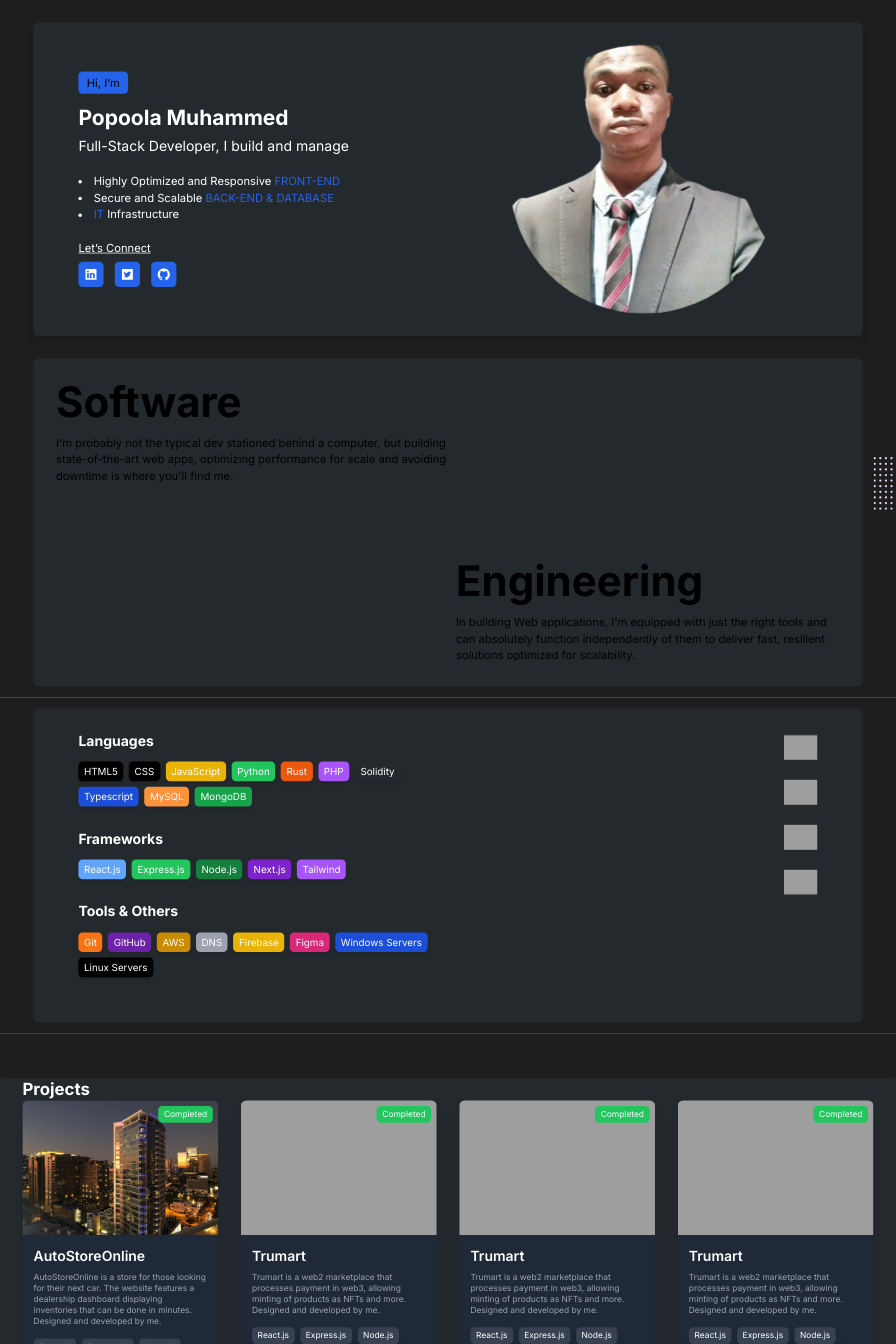
Repository: muhammedctgr/hammedctgr
Page: /
An editor plug-in stored every save of this project. The page is shown before and after the next save, followed by the edit.
The browser window is 1280 px wide. The pictures show the part of the page from y = 0 to 1920 px (the page is 2548 px tall before and 2612 px after), at 70% of full size.
Pictures or frames that could not be fetched are drawn as grey boxes. The project was rebuilt for these pictures with package versions that can differ from the ones it lists, and the page was loaded fresh each time. The framework's server and built-in components were replaced by stand-ins that run in the browser. Also part of the build but not shown: next.config.mjs.

Above is the page before, as saved 2024-08-06 11:59:36.

### app/layout.tsx
import type { Metadata } from "next";
import { Inter } from "next/font/google";
import "./globals.css";

const inter = Inter({ subsets: ["latin"] });

export const metadata: Metadata = {
  title: "Popoola Muhammed",
  description: "Generated by create next app",
};

export default function RootLayout({
  children,
}: Readonly<{
  children: React.ReactNode;
}>) {
  return (
    <html lang="en">
      <body className={inter.className}>{children}</body>
    </html>
  );
}

### app/page.tsx
import Head from 'next/head';
import Hero from '../components/Hero';
import SkillsSection from '@/components/SkillsSection';
import SummarySection from '@/components/SummarySection';
import ProjectsSection from '@/components/ProjectsSection';


const Home = () => (
  <div>
    <Head>
      <title>Popoola Muhammed</title>
      <meta name="description" content="Welcome to my developer portfolio" />
    </Head>

    <Hero />
    <SummarySection />
    <SkillsSection />
    <ProjectsSection />
  </div>
);

export default Home;

### app/globals.css
@tailwind base;
@tailwind components;
@tailwind utilities;

:root {
  --foreground-rgb: 0, 0, 0;
  --background-start-rgb: 214, 219, 220;
  --background-end-rgb: 255, 255, 255;
}

@media (prefers-color-scheme: dark) {
  :root {
    --foreground-rgb: 255, 255, 255;
    --background-start-rgb: 0, 0, 0;
    --background-end-rgb: 0, 0, 0;
  }
}

body {
  color: rgb(var(--foreground-rgb));
  background: linear-gradient(
      to bottom,
      transparent,
      rgb(var(--background-end-rgb))
    )
    rgb(var(--background-start-rgb));
}

@layer utilities {
  .text-balance {
    text-wrap: balance;
  }
}


@keyframes upDown {
  0%, 100% {
    transform: translateY(0);
  }
  50% {
    transform: translateY(-10px); /* Adjust the value as needed */
  }
}

.animate-upDown {
  animation: upDown 2s infinite ease-in-out; /* Adjust duration as needed */
}

### components/Hero.tsx
import Image from 'next/image';
import profilePic from '../public/profile.png';
import { AiFillLinkedin, AiFillGithub, AiFillTwitterSquare, AiFillX } from 'react-icons/ai';

const Hero = () => {
  return (
    <section className="bg-gptGray px-4 py-4 md:pt-8 md:px-8 lg:px-12 text-white flex items-center">
  <div className="container bg-githubGray shadow-lg rounded-md mx-auto flex flex-col md:flex-row items-center md:px-8">
    <div className="flex-1 text-left p-4 md:p-8">
      <div className="inline-block bg-blue-600 text-black py-1 px-3 mb-4 rounded-md">
        Hi, I’m
      </div>
      <div className="mb-6">
        <h1 className="text-xl md:text-3xl font-bold">Popoola Muhammed</h1>
        <p className="mt-2 text-lg md:text-xl">Full-Stack Developer, I build and manage</p>
      </div>
      <ul className="mt-4 list-disc list-inside">
        <li>Highly Optimized and Responsive <span className="text-blue-600">FRONT-END</span></li>
        <li>Secure and Scalable <span className="text-blue-600">BACK-END & DATABASE</span></li>
        <li><span className="text-blue-600">IT</span> Infrastructure</li>
      </ul>
      <div className="mt-6">
        <a href="#contact" className="underline">Let’s Connect</a>
        <div className="mt-2 flex justify-start space-x-4">
          <a href="#" className="bg-blue-600 p-2 rounded-md">
            <AiFillLinkedin size={20} />
          </a>
          <a href="#" className="bg-blue-600 p-2 rounded-md">
            <AiFillTwitterSquare size={20} />
          </a>
          <a href="#" className="bg-blue-600 p-2 rounded-md">
            <AiFillGithub size={20} />
          </a>
        </div>
      </div>
    </div>
    <div className="flex-1 p-4 md:p-8">
      <div className="relative w-40 h-40 md:w-72 md:h-72 lg:w-96 lg:h-96 mx-auto">
        <Image src={profilePic} alt="Popoola Muhammed" layout="fill" className="rounded-full object-cover animate-upDown" />
      </div>
    </div>
  </div>
</section>
  );
};

export default Hero;

### components/SkillsSection.tsx
import Image from 'next/image';
import { FC } from 'react';

interface SkillCategory {
  title: string;
  skills: { name: string; color: string; }[];
}

const skills: SkillCategory[] = [
  {
    title: "Languages",
    skills: [
      { name: "HTML5", color: "bg-black" },
      { name: "CSS", color: "bg-black"},
      { name: "JavaScript", color: "bg-yellow-500" },
      { name: "Python", color: "bg-green-500" },
      { name: "Rust", color: "bg-orange-600" },
      { name: "PHP", color: "bg-purple-500" },
      { name: "Solidity", color: "bg-black-500" },
      { name: "Typescript", color: "bg-blue-700" },
      { name: "MySQL", color: "bg-orange-400" },
      { name: "MongoDB", color: "bg-green-600" },
    ],
  },
  {
    title: "Frameworks",
    skills: [
      { name: "React.js", color: "bg-blue-400" },
      { name: "Express.js", color: "bg-green-500" },
      { name: "Node.js", color: "bg-green-700" },
      { name: "Next.js", color: "bg-purple-700" },
      { name: "Tailwind", color: "bg-purple-500" },
    ],
  },
  {
    title: "Tools & Others",
    skills: [
      { name: "Git", color: "bg-orange-500" },
      { name: "GitHub", color: "bg-purple-800" },
      { name: "AWS", color: "bg-yellow-600" },
      { name: "DNS", color: "bg-gray-400" },
      { name: "Firebase", color: "bg-yellow-500" },
      { name: "Figma", color: "bg-pink-600" },
      { name: "Windows Servers", color: "bg-blue-700" },
      { name: "Linux Servers", color: "bg-black" },
    ],
  },
];

const icons = [
  "/icons/html5.svg", // Replace with your icon paths
  "/icons/css3.svg",
  "/icons/javascript.svg",
  "/icons/python.svg",
  // Add the rest of the icons as needed
];

const SkillsSection: FC = () => {
  return (
    <section className="px-4 py-4 md:px-8 lg:px-12 bg-gptGray text-white">
  <div className="container bg-githubGray rounded-md mx-auto flex flex-col md:flex-row items-start md:px-8">
    <div className="flex-1 p-4 md:p-8">
      {skills.map((category) => (
        <div key={category.title} className="mb-8">
          <h2 className="text-lg md:text-xl font-bold mb-4">{category.title}</h2>
          <div className="flex flex-wrap gap-2">
            {category.skills.map((skill) => (
              <span
                key={skill.name}
                className={`px-2 py-1 rounded-md text-sm ${skill.color} shadow-md`}
              >
                {skill.name}
              </span>
            ))}
          </div>
        </div>
      ))}
    </div>
    <div className="flex-1 flex flex-col items-center md:items-end">
      <div className="grid grid-cols-3 md:grid-cols-1 gap-4 p-4 md:p-8">
        {icons.map((src, index) => (
          <div key={index} className="w-10 h-10 md:w-12 md:h-12 relative">
            <Image src={src} alt={`icon-${index}`} layout="fill" objectFit="contain" />
          </div>
        ))}
      </div>
    </div>
  </div>
</section>
  );
};

export default SkillsSection;

### components/SummarySection.tsx
import { FC } from 'react';

const SummarySection: FC = () => {
  return (
<section className="px-4 py-4 md:px-8 lg:px-12 bg-gptGray relative overflow-hidden">
  <div className="container bg-githubGray mx-auto flex rounded-md flex-col md:flex-row justify-between items-start md:px-8 p-4 md:p-8">
    <div className=" mb-8 md:mb-8">
      <div className="mb-4">
        <span className="text-4xl md:text-6xl font-bold">Software</span>
      </div>
      <p className="text-sm md:text-base">
        I'm probably not the typical dev stationed behind a computer, but building state-of-the-art web apps, optimizing performance for scale and avoiding downtime is where you'll find me.
      </p>
    </div>
    <div className=" md:mt-64">
      <div className="mb-4">
        <span className="text-4xl md:text-6xl font-bold">Engineering</span>
      </div>
      <p className="text-sm md:text-base">
        In building Web applications, I'm equipped with just the right tools and can absolutely function independently of them to deliver fast, resilient solutions optimized for scalability.
      </p>
    </div>
  </div>

  {/* Decorative Elements */}
  <div className="absolute top-1/4 right-0 transform translate-x-4 translate-y-4 md:translate-x-12 md:translate-y-8">
    <svg className="fill-current text-purple-200" width="80" height="80" viewBox="0 0 100 100">
      {/* SVG circles */}
      {[...Array(10)].map((_, row) => (
        <g key={row} transform={`translate(0, ${row * 10})`}>
          {[...Array(10)].map((_, col) => (
            <circle key={col} cx={col * 10 + 2} cy="2" r="2" />
          ))}
        </g>
      ))}
    </svg>
  </div>
</section>
  );
};

export default SummarySection;

### components/ProjectsSection.tsx
import { FC } from 'react';

interface Project {
  title: string;
  description: string;
  technologies: string[];
  date: string;
  status: string;
  image: string;
  link: string;
}

const projects: Project[] = [
  {
    title: "AutoStoreOnline",
    description: "AutoStoreOnline is a store for those looking for their next car. The website features a dealership dashboard displaying inventories that can be done in minutes. Designed and developed by me.",
    technologies: ["React.js", "Express.js", "Node.js", "MySQL"],
    date: "2024",
    status: "Completed",
    image: "/public/pic1.jpg",
    link: "https://example.com",
  },
  {
    title: "Trumart",
    description: "Trumart is a web2 marketplace that processes payment in web3, allowing minting of products as NFTs and more. Designed and developed by me.",
    technologies: ["React.js", "Express.js", "Node.js", "MySQL"],
    date: "2023",
    status: "Completed",
    image: "/images/trumart.jpg",
    link: "https://example.com",
  },
  {
    title: "Trumart",
    description: "Trumart is a web2 marketplace that processes payment in web3, allowing minting of products as NFTs and more. Designed and developed by me.",
    technologies: ["React.js", "Express.js", "Node.js", "MySQL"],
    date: "2023",
    status: "Completed",
    image: "/images/trumart.jpg",
    link: "https://example.com",
  },
  {
    title: "Trumart",
    description: "Trumart is a web2 marketplace that processes payment in web3, allowing minting of products as NFTs and more. Designed and developed by me.",
    technologies: ["React.js", "Express.js", "Node.js", "MySQL"],
    date: "2023",
    status: "Completed",
    image: "/images/trumart.jpg",
    link: "https://example.com",
  },
  {
    title: "Trumart",
    description: "Trumart is a web2 marketplace that processes payment in web3, allowing minting of products as NFTs and more. Designed and developed by me.",
    technologies: ["React.js", "Express.js", "Node.js", "MySQL"],
    date: "2023",
    status: "Completed",
    image: "/images/trumart.jpg",
    link: "https://example.com",
  },
  // Add more projects as needed...
];

const ProjectsSection: FC = () => {
  return (
    <section className="bg-gptGray py-16">
      <div className="container bg-githubGray rounded-md mx-auto md:px-8">
        <h2 className="text-2xl font-bold text-white p-">Projects</h2>
        <div className="grid grid-cols-1 sm:grid-cols-3 lg:grid-cols-4 gap-8">
          {projects.map((project, index) => (
            <div key={index} className="bg-gray-800 rounded-lg overflow-hidden shadow-lg">
              <div className="relative w-full h-48">
                <img src={project.image} alt={project.title} className="w-full h-full object-cover" />
                <span className="absolute top-2 right-2 bg-green-500 text-xs text-white px-2 py-1 rounded-md">{project.status}</span>
              </div>
              <div className="p-4">
                <h3 className="text-xl font-semibold text-white mb-2">{project.title}</h3>
                <p className="text-gray-400 text-xs mb-4">{project.description}</p>
                <div className="flex flex-wrap gap-2 mb-4">
                  {project.technologies.map((tech, i) => (
                    <span key={i} className="bg-gray-700 text-white text-xs px-2 py-1 rounded-md shadow-lg">{tech}</span>
                  ))}
                </div>
                <div className="flex justify-between items-center">
                  <span className="text-gray-500 text-sm">{project.date}</span>
                  <a href={project.link} target="_blank" rel="noopener noreferrer" className="text-blue-400 hover:underline text-sm">website link</a>
                </div>
              </div>
            </div>
          ))}
        </div>
      </div>
    </section>
  );
};

export default ProjectsSection;

### tailwind.config.ts
import type { Config } from "tailwindcss";

const config: Config = {
  content: [
    "./pages/**/*.{js,ts,jsx,tsx,mdx}",
    "./components/**/*.{js,ts,jsx,tsx,mdx}",
    "./app/**/*.{js,ts,jsx,tsx,mdx}",
  ],
  theme: {
    extend: {
      backgroundImage: {
        "gradient-radial": "radial-gradient(var(--tw-gradient-stops))",
        "gradient-conic":
          "conic-gradient(from 180deg at 50% 50%, var(--tw-gradient-stops))",
      },
      colors: {
        githubGray: '#24292e',
        gptGray: '#1e1e1e' // Define the exact color
      },
    },
  },
  plugins: [],
};
export default config;

After the next save:
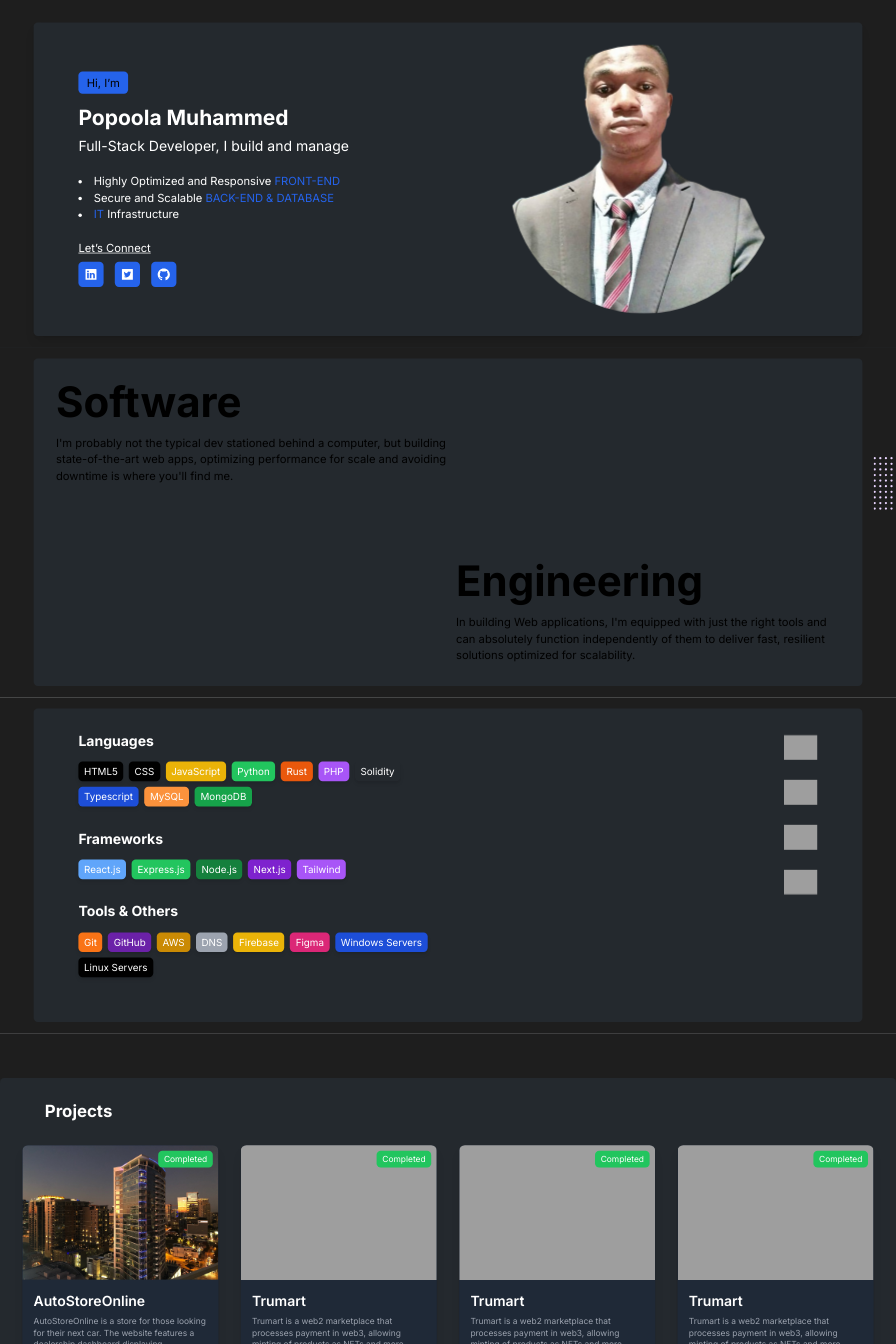
Saved 7 s later.
--- a/components/ProjectsSection.tsx
+++ b/components/ProjectsSection.tsx
@@ -63,7 +63,7 @@ const ProjectsSection: FC = () => {
   return (
     <section className="bg-gptGray py-16">
       <div className="container bg-githubGray rounded-md mx-auto md:px-8">
-        <h2 className="text-2xl font-bold text-white p-">Projects</h2>
+        <h2 className="text-2xl font-bold text-white p-8">Projects</h2>
         <div className="grid grid-cols-1 sm:grid-cols-3 lg:grid-cols-4 gap-8">
           {projects.map((project, index) => (
             <div key={index} className="bg-gray-800 rounded-lg overflow-hidden shadow-lg">
